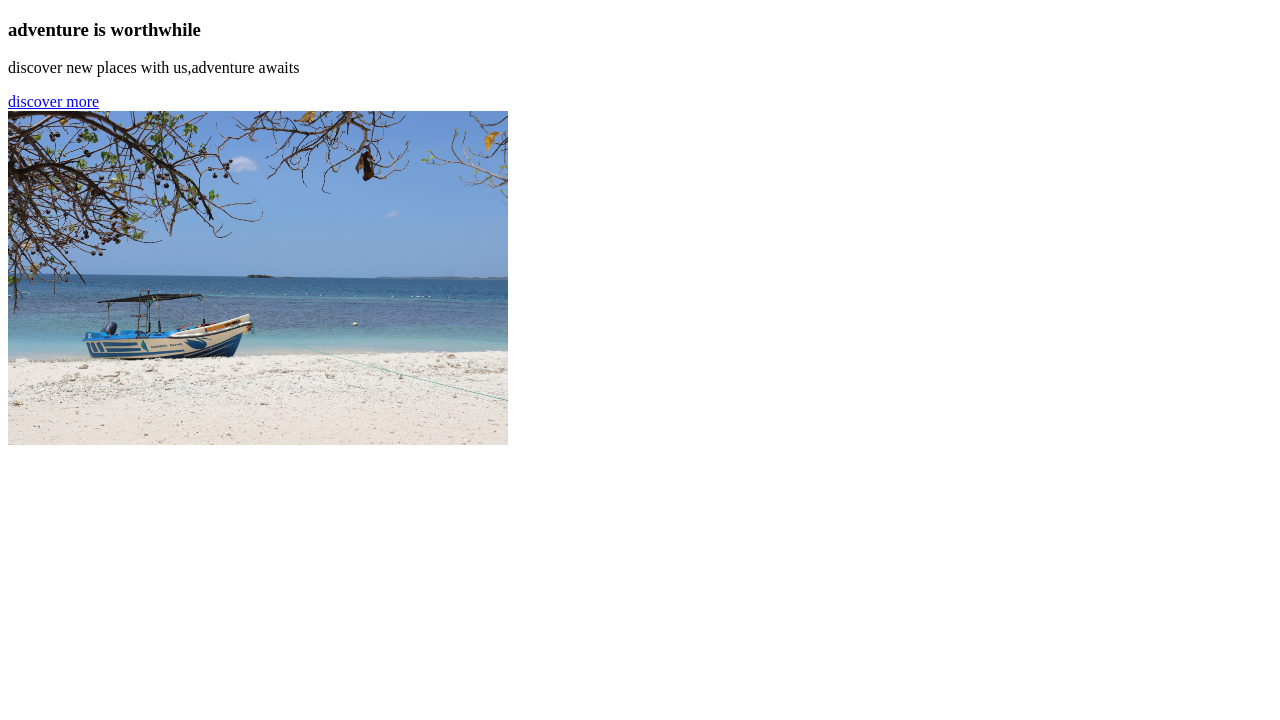
Repository: KasunInd27/Ceylon-Journey
Page: Home/home.html
These files come from the project's save history. The page is drawn as it stood at one moment and after the next save; the edit follows.
The browser window is 1280 px wide. The pictures show the whole page.

Above is the page before, as saved 2024-10-05 13:05:05.
Console error: SyntaxError: Unexpected token '<'

After the next save:
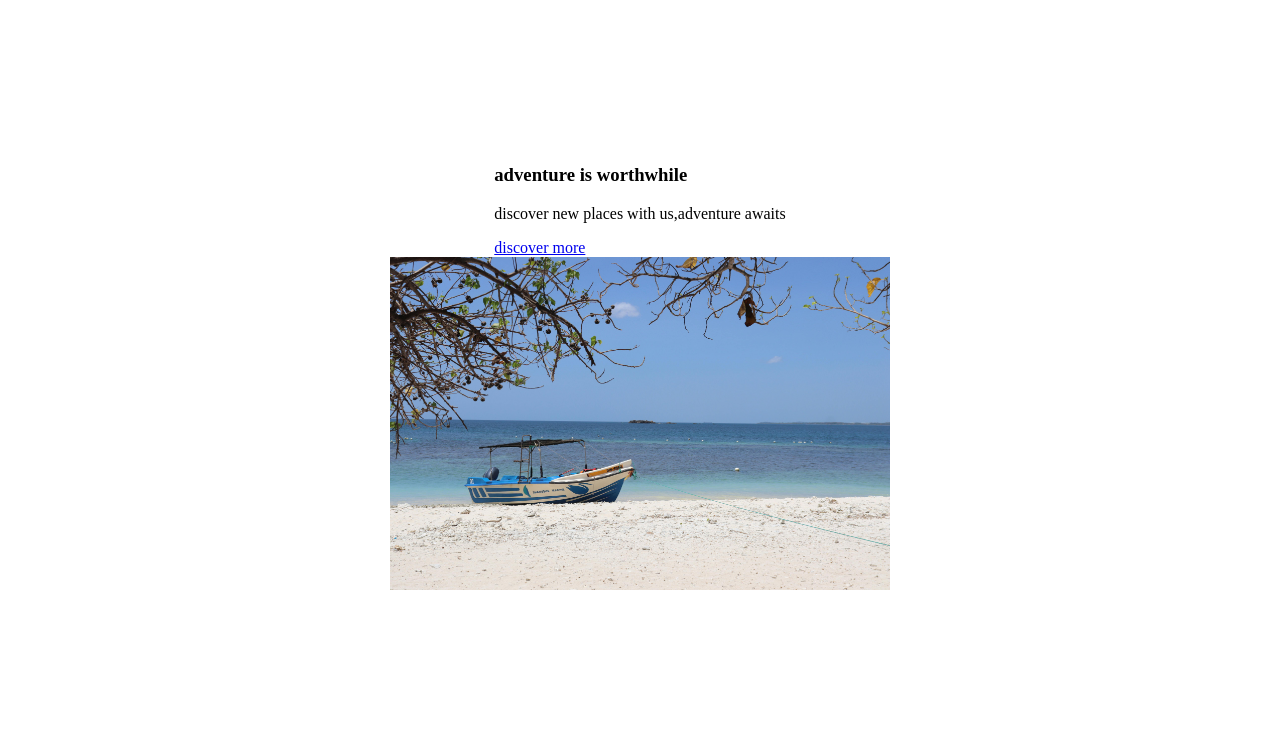
Saved 88 s later.
--- a/Home/CSS/home.css
+++ b/Home/CSS/home.css
@@ -22,3 +22,19 @@
     background: var(--orange);
 
 }
+#home {
+    min-height: 100vh;
+    /* Ensures it takes up the full viewport height */
+    display: flex;
+    /* Enables flexbox layout */
+    align-items: center;
+    /* Vertically centers content */
+    justify-content: center;
+    /* Horizontally centers content */
+    flex-flow: column;
+    /* Aligns children in a column layout */
+    position: relative;
+    /* Allows child elements to use absolute positioning */
+    z-index: 0;
+    /* Ensures this section has the correct stacking order */
+}
